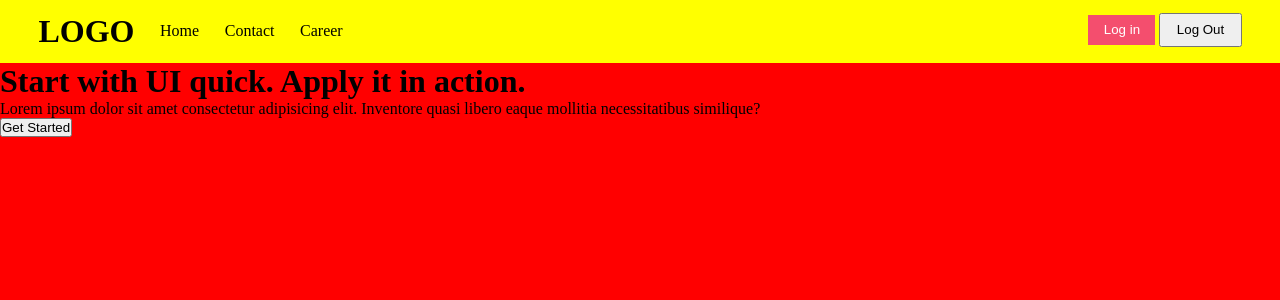
Repository: Ashishchakravartii/landingPage
Page: index.html
The author's editor kept a copy of each file at every save. The page is drawn from the files as they stood at one save, then again after the next save.
The browser window is 1280 px wide. The pictures show the whole page.

Above is the page before, as saved 2024-07-24 12:36:46.

### index.html
<!DOCTYPE html>
<html lang="en">
  <head>
    <meta charset="UTF-8" />
    <meta name="viewport" content="width=device-width, initial-scale=1.0" />
    <title>Document</title>
    <link rel="stylesheet" href="style.css">
  </head>
  <body>
    <div class="main">
     <div class="navBar">
        <div class="navLeft">
        <h1>LOGO</h1>
        <a href="">Home</a>
        <a href="">Contact</a>
        <a href="">Career</a>
        </div>

        <div class="navRight">
            <button>Log in</button>
            <button>Log Out</button>
        </div>
     </div>
     <div class="bottomSec">
        <div class="bottomLeft">
            <h1>Start with UI quick. Apply it in action.</h1>
            <p>Lorem ipsum dolor sit amet consectetur adipisicing elit. Inventore quasi libero eaque mollitia necessitatibus similique?</p>
            <button>Get Started</button>
        </div>
        <div class="bottomRight"></div>
     </div>

    </div>
  </body>
</html>

### style.css
*{
    margin: 0;
    padding: 0;
    box-sizing: border-box;
}
html,
body{
    width: 100%;
    height: 100%;
}

.main{
    width: 100vw;
    height: 100vh;
    background-color: red;
}
.navBar{
    width: 100%;
    background-color: yellow;
    display: flex;
    justify-content: space-between;
    padding: 1vmax 3vmax;
}
.navLeft{
    display: flex;
    gap: 2vmax;
    align-items: center;
}
.navLeft>a{
    text-decoration: none;
    color: black;
}

.navRight>button{
    padding: 0.6vmax 1.2vmax;
}
.navRight>button:first-child{
    background-color: #F44E6E;
    color: white;
    border: 0;
}

After the next save:
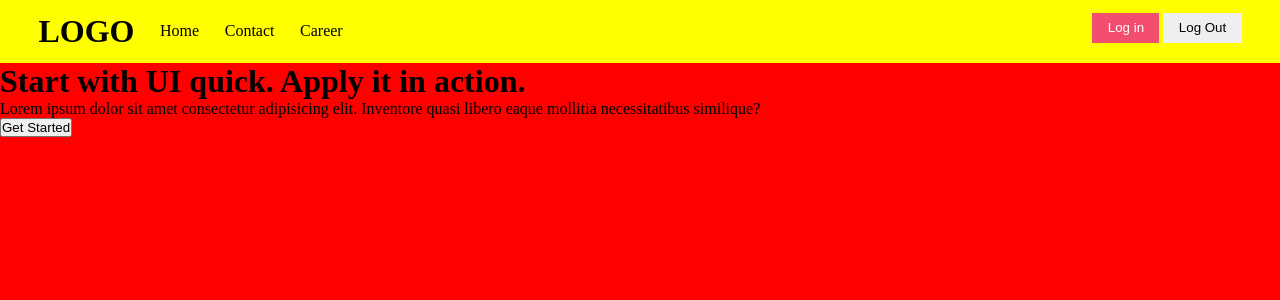
Saved 6 s later.
--- a/style.css
+++ b/style.css
@@ -33,9 +33,9 @@ body{
 
 .navRight>button{
     padding: 0.6vmax 1.2vmax;
+    border: 0;
 }
 .navRight>button:first-child{
     background-color: #F44E6E;
     color: white;
-    border: 0;
 }
